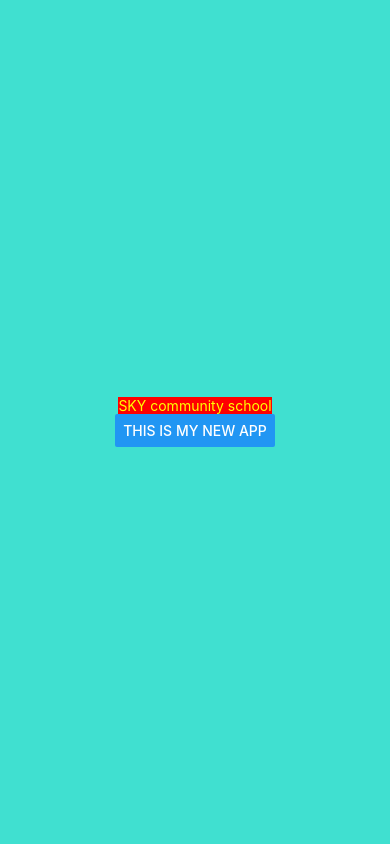
Repository: 2000-Nanayaw/MobileApp
Screen: /
The author's editor kept a copy of each file at every save. The screen is drawn from the files as they stood at one save, then again after the next save.
The app was drawn by React Native's web renderer in a window 390 px wide. The project was rebuilt for these pictures with package versions that can differ from the ones it lists, and the page was loaded fresh each time.

Above is the screen before, as saved 2023-08-25 13:51:57.

### App.js
import { StatusBar } from "expo-status-bar";
import { View } from "react-native";
import { Button, StyleSheet, Text, view, TextInput } from "react-native";

function App() {
  return (
    <View style={styles.container}>
      <View style={styles.container}>
        <Text style={styles.color1}>SKY community school</Text>
        <Button title="THIS IS MY NEW APP" />
      </View>
      <StatusBar style="auto" />
    </View>
  );
}
const styles = StyleSheet.create({
  container: {
    flex: 1,
    backgroundColor: "turquoise",
    alignItems: "center",
    justifyContent: "center",
  },
  color1: {
    color: "yellow",
    backgroundColor: "red"
  },
});

export default App;

After the next save:
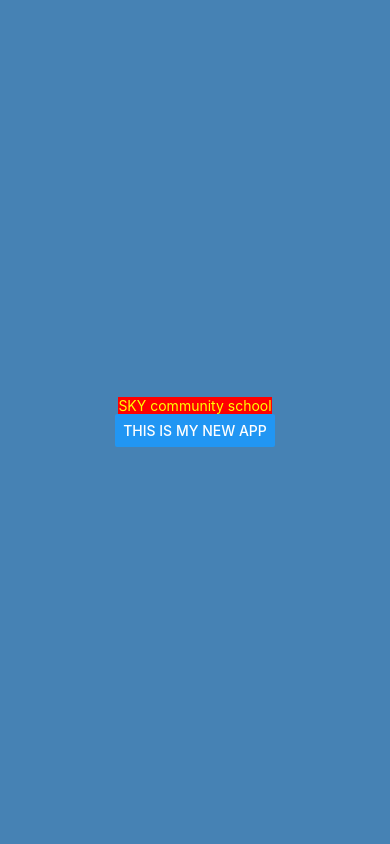
Saved 16 s later.
--- a/App.js
+++ b/App.js
@@ -16,7 +16,7 @@ function App() {
 const styles = StyleSheet.create({
   container: {
     flex: 1,
-    backgroundColor: "turquoise",
+    backgroundColor: "steelblue",
     alignItems: "center",
     justifyContent: "center",
   },
